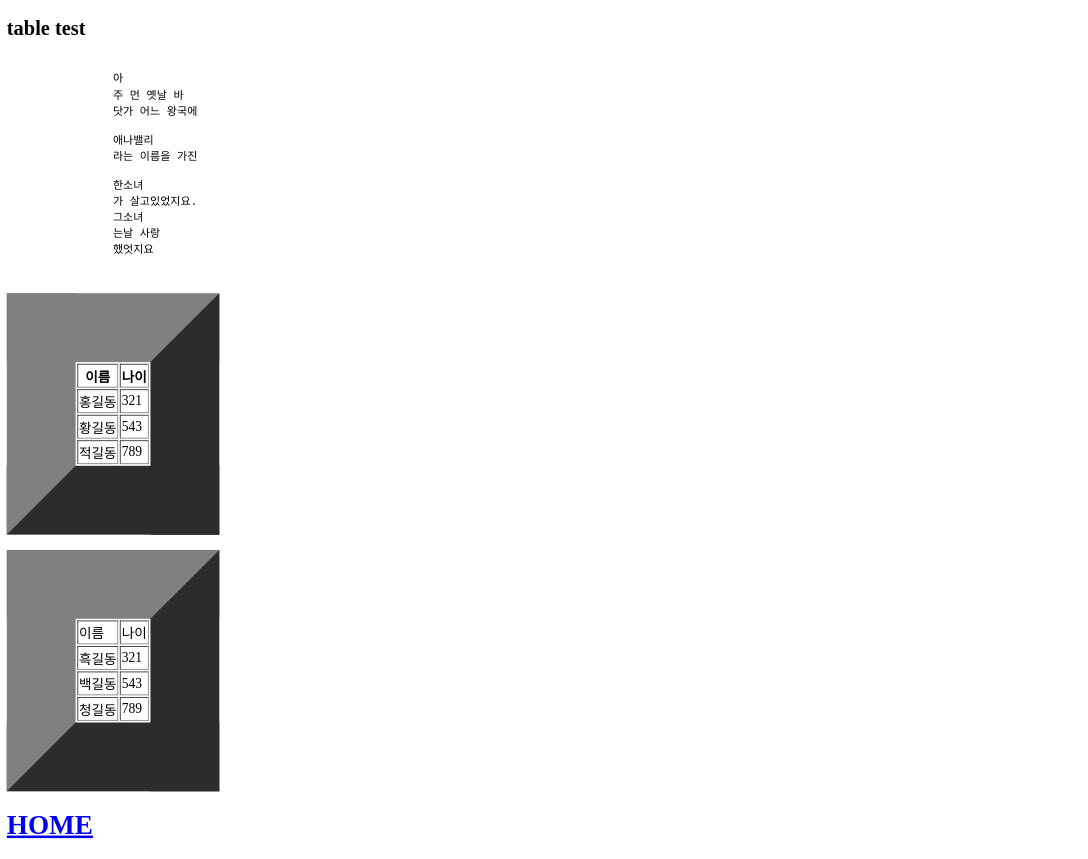
Repository: ssleap/multicampusIoT
Page: workspace190520/edu1/WebContent/table.html
These files come from the project's save history. The page is drawn as it stood at one moment and after the next save; the edit follows.
The browser window is 1280 px wide. The pictures show the whole page, at 85% of full size.

Above is the page before, as saved 2019-05-20 06:47:11.

### workspace190520/edu1/WebContent/table.html
<!DOCTYPE html>
<html>
<head>
<meta charset="UTF-8">
<meta name = "viewport" content ="width=device-width, initial-scale=1">
<title>table</title>
</head>
<body>


	<h2>table test</h2>
	<pre>

		아
		주 먼 옛날 바
		닷가 어느 왕국에

		애나밸리
		라는 이름을 가진

		한소녀
		가 살고있었지요.
		그소녀
		는날 사랑
		했엇지요

	</pre>

	<table border = "81">
		<thead>
		<tr><th>이름</th><th>나이</th></tr>
		</thead>
		<tbody>
		<tr><td>홍길동</td><td>321</td></tr>
		<tr><td>황길동</td><td rawspan = "2">543</td></tr>
		<tr><td>적길동</td><td>789</td></tr>
		</tbody>
	</table>

	<br>

	<table border = "81">

		<tr><td>이름</td><td>나이</td></tr>
		<tr><td>흑길동</td><td>321</td></tr>
		<tr><td>백길동</td><td>543</td></tr>
		<tr><td>청길동</td><td>789</td></tr>

	</table>

	<h1><a href = "index.html">HOME</a></h1>



</body>
</html>

After the next save:
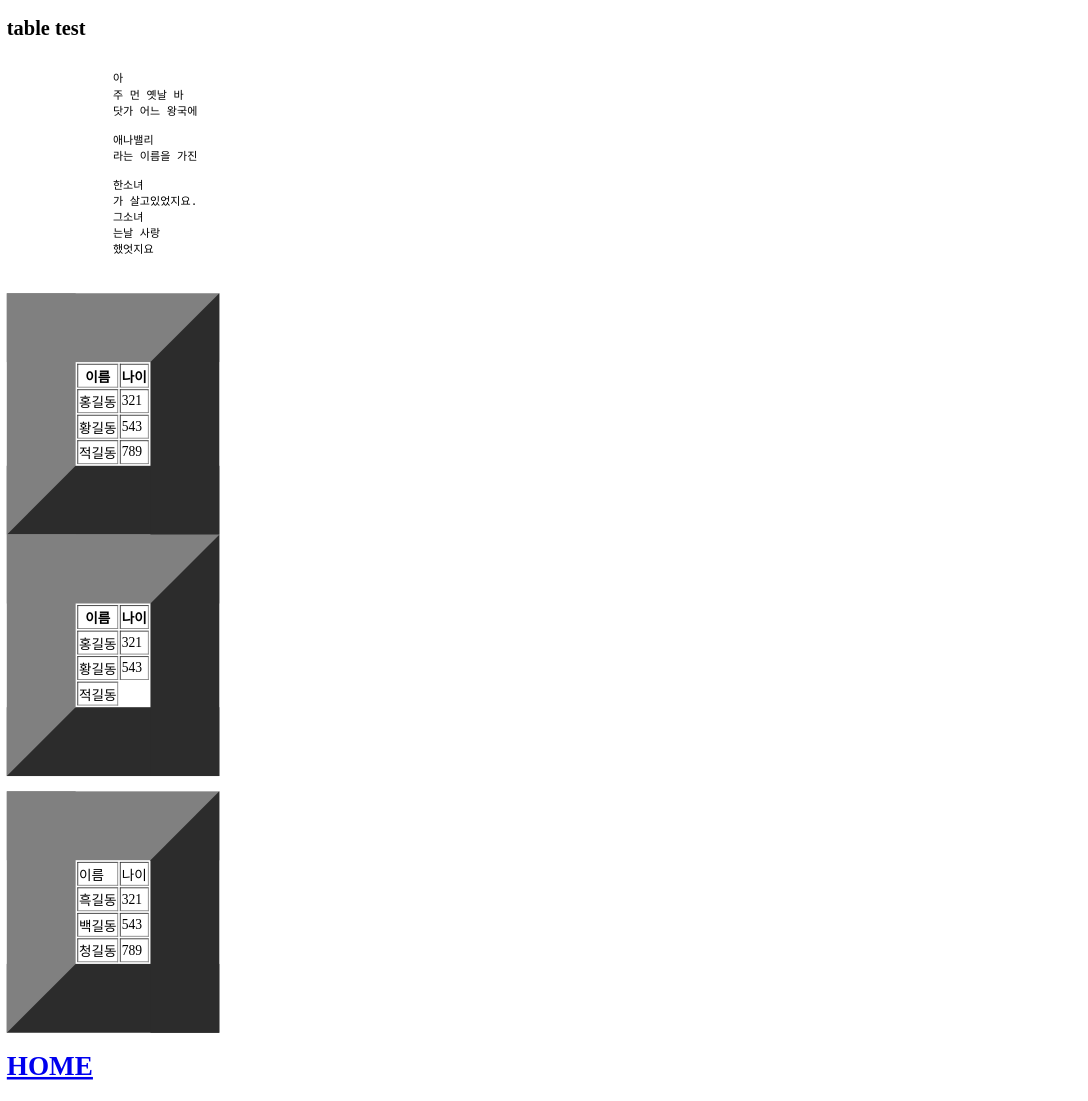
Saved 46 s later.
--- a/workspace190520/edu1/WebContent/table.html
+++ b/workspace190520/edu1/WebContent/table.html
@@ -37,6 +37,17 @@
 		</tbody>
 	</table>
 
+	<table border = "81">
+		<thead>
+		<tr><th>이름</th><th>나이</th></tr>
+		</thead>
+		<tbody>
+		<tr><td>홍길동</td><td>321</td></tr>
+		<tr><td>황길동</td><td>543</td></tr>
+		<tr><td>적길동</td></tr>
+		</tbody>
+	</table>
+
 	<br>
 
 	<table border = "81">
